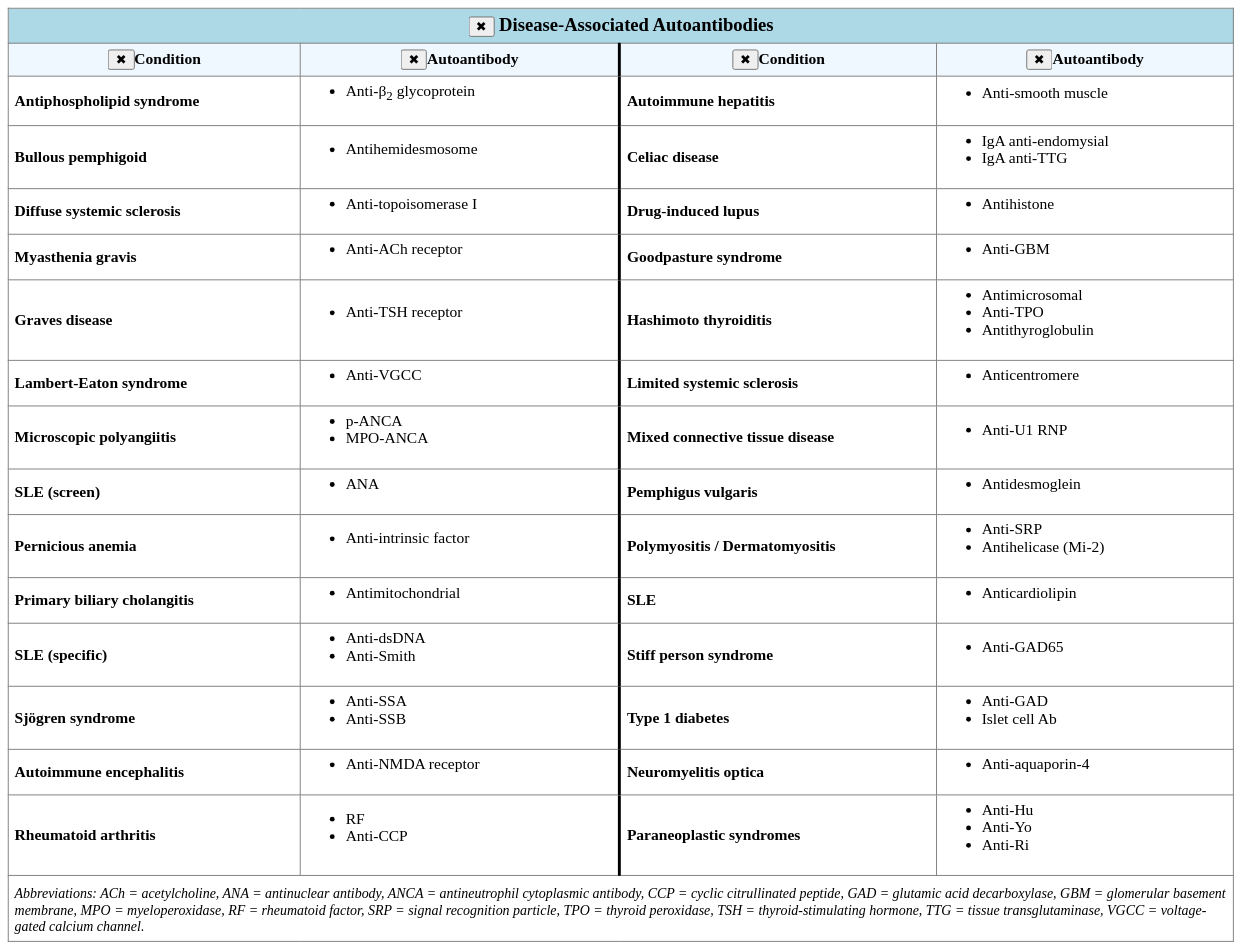
Repository: sharperdragon/STEVEL-1-Summaries
Page: subdex/autoantibodies.table.html
These files come from the project's save history. The page is drawn as it stood at one moment and after the next save; the edit follows.
The browser window is 1280 px wide. The pictures show the whole page, at 97% of full size.

Above is the page before, as saved 2025-05-20 17:44:28.

### subdex/autoantibodies.table.html

<div class="table-responsive">
<table border="1" cellpadding="6" cellspacing="0" class="table1" style="border-collapse: collapse; width: 100%;">
<thead>
<tr>
<th  colspan="5"  style="background-color: #add8e6; text-align: center; font-size: 1.2em;"><button  >✖</button>
<strong>Disease-Associated Autoantibodies</strong>
</th>
</tr>
<tr>
<th  style="background-color: #f0f8ff; text-align: center;"><button  >✖</button>Condition</th>
<th  style="background-color: #f0f8ff; text-align: center; border-right: 3px solid black;"><button  >✖</button>Autoantibody</th>
<th  style="background-color: #f0f8ff; text-align: center;"><button  >✖</button>Condition</th>
<th   style="background-color: #f0f8ff; text-align: center;"><button  >✖</button>Autoantibody</th>
</tr>
</thead>
<tbody>
<tr>
<td ><strong>Antiphospholipid syndrome</strong></td>
<td  style="border-right: 3px solid black;"><ul><li>Anti-β<sub>2</sub> glycoprotein</li></ul></td>
<td ><strong>Autoimmune hepatitis</strong></td>
<td  ><ul><li>Anti-smooth muscle</li></ul></td>
</tr>
<tr>
<td ><strong>Bullous pemphigoid</strong></td>
<td  style="border-right: 3px solid black;"><ul><li>Antihemidesmosome</li></ul></td>
<td ><strong>Celiac disease</strong></td>
<td  ><ul><li>IgA anti-endomysial</li><li>IgA anti-TTG</li></ul></td>
</tr>
<tr>
<td ><strong>Diffuse systemic sclerosis</strong></td>
<td  style="border-right: 3px solid black;"><ul><li>Anti-topoisomerase I</li></ul></td>
<td ><strong>Drug-induced lupus</strong></td>
<td  ><ul><li>Antihistone</li></ul></td>
</tr>
<tr>
<td ><strong>Myasthenia gravis</strong></td>
<td  style="border-right: 3px solid black;"><ul><li>Anti-ACh receptor</li></ul></td>
<td ><strong>Goodpasture syndrome</strong></td>
<td  ><ul><li>Anti-GBM</li></ul></td>
</tr>
<tr>
<td ><strong>Graves disease</strong></td>
<td  style="border-right: 3px solid black;"><ul><li>Anti-TSH receptor</li></ul></td>
<td ><strong>Hashimoto thyroiditis</strong></td>
<td  ><ul><li>Antimicrosomal</li><li>Anti-TPO</li><li>Antithyroglobulin</li></ul></td>
</tr>
<tr>
<td ><strong>Lambert-Eaton syndrome</strong></td>
<td  style="border-right: 3px solid black;"><ul><li>Anti-VGCC</li></ul></td>
<td ><strong>Limited systemic sclerosis</strong></td>
<td  ><ul><li>Anticentromere</li></ul></td>
</tr>
<tr>
<td ><strong>Microscopic polyangiitis</strong></td>
<td  style="border-right: 3px solid black;"><ul><li>p-ANCA</li><li>MPO-ANCA</li></ul></td>
<td ><strong>Mixed connective tissue disease</strong></td>
<td  ><ul><li>Anti-U1 RNP</li></ul></td>
</tr>
<tr>
<td ><strong>SLE (screen)</strong></td>
<td  style="border-right: 3px solid black;"><ul><li>ANA</li></ul></td>
<td ><strong>Pemphigus vulgaris</strong></td>
<td  ><ul><li>Antidesmoglein</li></ul></td>
</tr>
<tr>
<td ><strong>Pernicious anemia</strong></td>
<td  style="border-right: 3px solid black;"><ul><li>Anti-intrinsic factor</li></ul></td>
<td ><strong>Polymyositis / Dermatomyositis</strong></td>
<td  ><ul><li>Anti-SRP</li><li>Antihelicase (Mi-2)</li></ul></td>
</tr>
<tr>
<td ><strong>Primary biliary cholangitis</strong></td>
<td  style="border-right: 3px solid black;"><ul><li>Antimitochondrial</li></ul></td>
<td ><strong>SLE</strong></td>
<td  ><ul><li>Anticardiolipin</li></ul></td>
</tr>
<tr>
  <td ><strong>SLE (specific)</strong></td>
  <td  style="border-right: 3px solid black;"><ul><li>Anti-dsDNA</li><li>Anti-Smith</li></ul></td>
  <td ><strong>Stiff person syndrome</strong></td>
  <td ><ul><li>Anti-GAD65</li></ul></td>
</tr>
<tr>
<td ><strong>Sjögren syndrome</strong></td>
<td  style="border-right: 3px solid black;"><ul><li>Anti-SSA</li><li>Anti-SSB</li></ul></td>
<td ><strong>Type 1 diabetes</strong></td>
<td  ><ul><li>Anti-GAD</li><li>Islet cell Ab</li></ul></td>
</tr>
<tr>
<td ><strong>Autoimmune encephalitis</strong></td>
<td  style="border-right: 3px solid black;"><ul><li>Anti-NMDA receptor</li></ul></td>
<td ><strong>Neuromyelitis optica</strong></td>
<td  ><ul><li>Anti-aquaporin-4</li></ul></td>
</tr>
<tr>
<td ><strong>Rheumatoid arthritis</strong></td>
<td  style="border-right: 3px solid black;"><ul><li>RF</li><li>Anti-CCP</li></ul></td>
<td ><strong>Paraneoplastic syndromes</strong></td>
<td  ><ul><li>Anti-Hu</li><li>Anti-Yo</li><li>Anti-Ri</li></ul></td>
</tr>
<tr>
<td  colspan="4"  style="font-size: 90%; padding-top: 10px;">
<em>Abbreviations: ACh = acetylcholine, ANA = antinuclear antibody, ANCA = antineutrophil cytoplasmic antibody, CCP = cyclic citrullinated peptide, GAD = glutamic acid decarboxylase, GBM = glomerular basement membrane, MPO = myeloperoxidase, RF = rheumatoid factor, SRP = signal recognition particle, TPO = thyroid peroxidase, TSH = thyroid-stimulating hormone, TTG = tissue transglutaminase, VGCC = voltage-gated calcium channel.</em>
</td>
</tr>
</tbody>
</table>
</div>

After the next save:
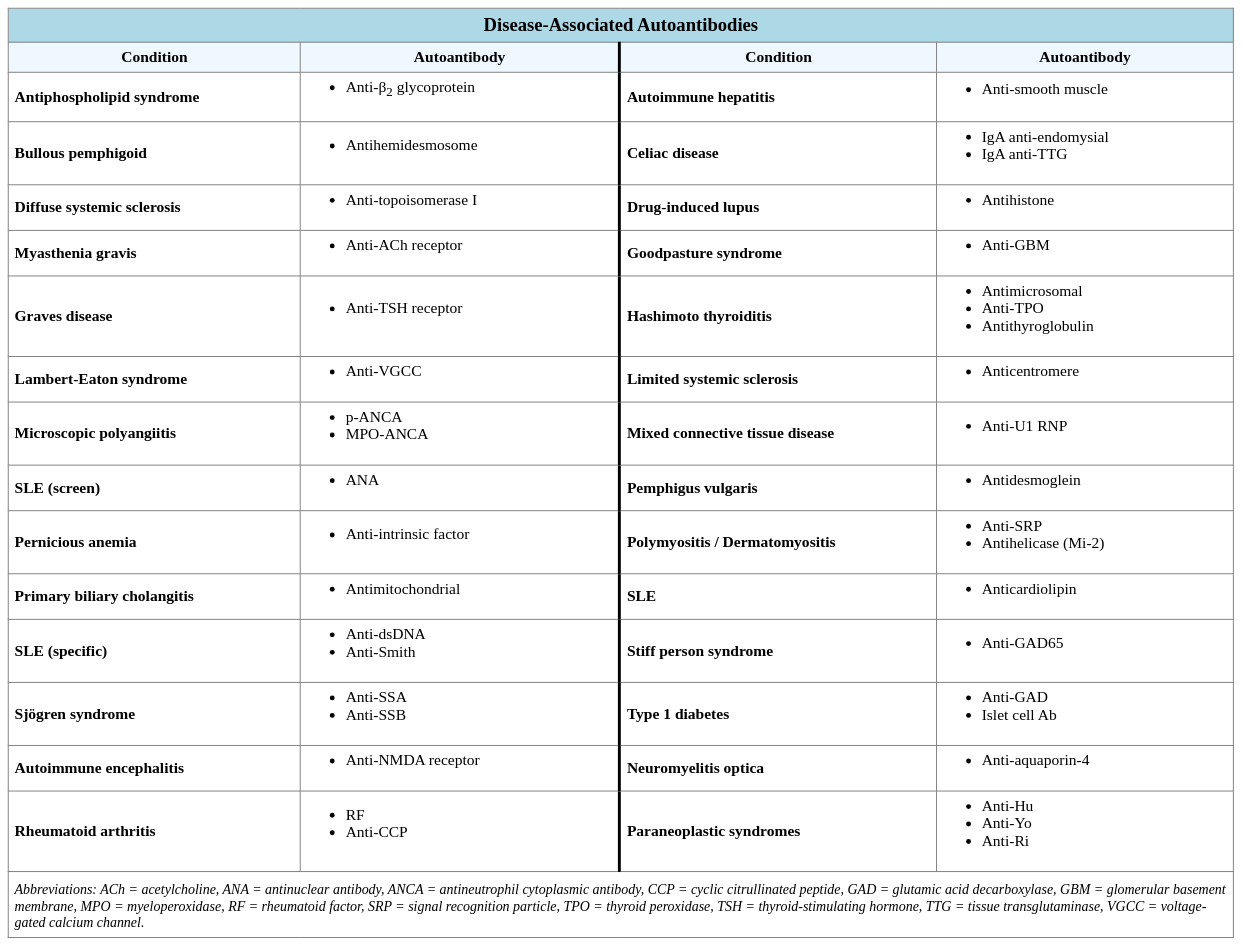
Saved 48 s later.
--- a/subdex/autoantibodies.table.html
+++ b/subdex/autoantibodies.table.html
@@ -1,17 +1,16 @@
-
 <div class="table-responsive">
 <table border="1" cellpadding="6" cellspacing="0" class="table1" style="border-collapse: collapse; width: 100%;">
 <thead>
 <tr>
-<th  colspan="5"  style="background-color: #add8e6; text-align: center; font-size: 1.2em;"><button  >✖</button>
+<th  colspan="5"  style="background-color: #add8e6; text-align: center; font-size: 1.2em;">
 <strong>Disease-Associated Autoantibodies</strong>
 </th>
 </tr>
 <tr>
-<th  style="background-color: #f0f8ff; text-align: center;"><button  >✖</button>Condition</th>
-<th  style="background-color: #f0f8ff; text-align: center; border-right: 3px solid black;"><button  >✖</button>Autoantibody</th>
-<th  style="background-color: #f0f8ff; text-align: center;"><button  >✖</button>Condition</th>
-<th   style="background-color: #f0f8ff; text-align: center;"><button  >✖</button>Autoantibody</th>
+<th  style="background-color: #f0f8ff; text-align: center;">Condition</th>
+<th  style="background-color: #f0f8ff; text-align: center; border-right: 3px solid black;">Autoantibody</th>
+<th  style="background-color: #f0f8ff; text-align: center;">Condition</th>
+<th   style="background-color: #f0f8ff; text-align: center;">Autoantibody</th>
 </tr>
 </thead>
 <tbody>
